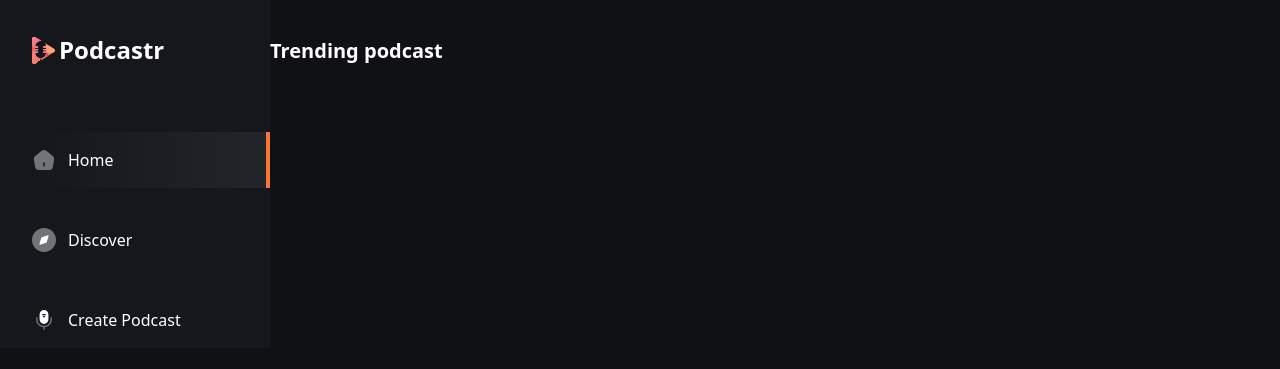
Repository: sumanth-udedar/podcast
Page: /
The author's editor kept a copy of each file at every save. The page is drawn from the files as they stood at one save, then again after the next save.
The browser window is 1280 px wide. The pictures show the whole page.
The project was rebuilt for these pictures with package versions that can differ from the ones it lists, and the page was loaded fresh each time. The framework's server and built-in components were replaced by stand-ins that run in the browser. Also part of the build but not shown: next.config.ts.

Above is the page before, as saved 2024-11-13 15:49:57.

### app/(root)/layout.tsx
import LeftSidebar from "@/components/LeftSidebar";
import RightSidebar from "@/components/RightSidebar";

export default function RootLayout({
  children,
}: Readonly<{
  children: React.ReactNode;
}>) {
  return (
    <div className="relative flex flex-col">
      <main className="relative flex bg-black-3">
        <LeftSidebar />
        {children}

        {/* <section className="flex min-h-screen flex-1 flex-col px-4 sm:px-14">
          <div className="mx-auto flex w-full max-w-5xl flex-col max-sm:px-4">
            <div className="flex h-16 items-center justify-between md:hidden">
              <Image
                src="/icons/logo.svg"
                width={30}
                height={30}
                alt="menu icon"
              />
              <MobileNav />
            </div>
            <div className="flex flex-col md:pb-14">
              <Toaster />


            </div>
          </div>
        </section> */}

        <RightSidebar />
      </main>
    </div>
  );
}

### app/(root)/page.tsx
import { Button } from '@/components/ui/button' //if hadnt imported this then i wont be able to use button tag
import React from 'react'

const page = () => {
  return (
    <div className='mt-9 flex flex-col gap-9'>
      <section className='flex flex-col gap-5'>
        <h1 className='text-20 font-bold text-white-1'>Trending podcast</h1>
        {/* <Button className='text-white-1 bg-orange-1'>Button</Button>  commented this*/}

      </section>
    </div>
  )
}

export default page

### components/LeftSidebar.tsx
"use client";

import Image from "next/image";
import Link from "next/link";
import React from "react";
import { sidebarLinks } from "@/constants";
import { usePathname, useRouter } from "next/navigation";
import { cn } from "@/lib/utils";

const LeftSidebar = () => {
  const pathname = usePathname();
  const router = useRouter();
  return (
    <section className="left_sidebar">
      <nav className="flex flex-col gap-6">
        <Link
          href="/"
          className="flex cursor-pointer items-center gap-1 pb-10 max-lg:justify-center"
        >
          <Image src="/icons/logo.svg" alt="logo" width={23} height={27} />
          <h1 className="text-24 font-extrabold text-white-1 max-lg:hidden">
            Podcastr
          </h1>
        </Link>

        {sidebarLinks.map(({ route, label, imgURL }) => {
          const isActive =
            pathname === route || pathname.startsWith(`${route}/`);

          return (
            <Link
              href={route}
              key={label}
              className={cn(
                "flex gap-3 items-center py-4 max-lg:px-4 justify-center lg:justify-start text-white-1",
                {
                  "bg-nav-focus border-r-4 border-orange-1": isActive,
                }
              )}
            >
              <Image src={imgURL} alt={label} width={24} height={24} />
              <p>{label}</p>
            </Link>
          );
        })}
      </nav>
    </section>
  );
};

export default LeftSidebar;

### components/RightSidebar.tsx
import React from "react";

const RightSidebar = () => {
  return <div></div>;
};

export default RightSidebar;

### constants/index.tsx
export const sidebarLinks = [
    {
      imgURL: "/icons/home.svg",
      route: "/",
      label: "Home",
    },
    {
      imgURL: "/icons/discover.svg",
      route: "/discover",
      label: "Discover",
    },
    {
      imgURL: "/icons/microphone.svg",
      route: "/create-podcast",
      label: "Create Podcast",
    },
  ];

  export const voiceDetails = [
    {
      id: 1,
      name: "alloy",
    },
    {
      id: 2,
      name: "echo",
    },
    {
      id: 3,
      name: "fable",
    },
    {
      id: 4,
      name: "onyx",
    },
    {
      id: 5,
      name: "nova",
    },
    {
      id: 6,
      name: "shimmer",
    },
  ];

  export const podcastData = [
    {
      id: 1,
      title: "The Joe Rogan Experience",
      description: "A long form, in-depth conversation",
      imgURL:
        "https://lovely-flamingo-139.convex.cloud/api/storage/3106b884-548d-4ba0-a179-785901f69806",
    },
    {
      id: 2,
      title: "The Futur",
      description: "This is how the news should sound",
      imgURL:
        "https://lovely-flamingo-139.convex.cloud/api/storage/16fbf9bd-d800-42bc-ac95-d5a586447bf6",
    },
    {
      id: 3,
      title: "Waveform",
      description: "Join Michelle Obama in conversation",
      imgURL:
        "https://lovely-flamingo-139.convex.cloud/api/storage/60f0c1d9-f2ac-4a96-9178-f01d78fa3733",
    },
    {
      id: 4,
      title: "The Tech Talks Daily Podcast",
      description: "This is how the news should sound",
      imgURL:
        "https://lovely-flamingo-139.convex.cloud/api/storage/5ba7ed1b-88b4-4c32-8d71-270f1c502445",
    },
    {
      id: 5,
      title: "GaryVee Audio Experience",
      description: "A long form, in-depth conversation",
      imgURL:
        "https://lovely-flamingo-139.convex.cloud/api/storage/ca7cb1a6-4919-4b2c-a73e-279a79ac6d23",
    },
    {
      id: 6,
      title: "Syntax ",
      description: "Join Michelle Obama in conversation",
      imgURL:
        "https://lovely-flamingo-139.convex.cloud/api/storage/b8ea40c7-aafb-401a-9129-73c515a73ab5",
    },
    {
      id: 7,
      title: "IMPAULSIVE",
      description: "A long form, in-depth conversation",
      imgURL:
        "https://lovely-flamingo-139.convex.cloud/api/storage/8a55d662-fe3f-4bcf-b78b-3b2f3d3def5c",
    },
    {
      id: 8,
      title: "Ted Tech",
      description: "This is how the news should sound",
      imgURL:
        "https://lovely-flamingo-139.convex.cloud/api/storage/221ee4bd-435f-42c3-8e98-4a001e0d806e",
    },
  ];

Loaded but not shown: app/layout.tsx (common file); app/globals.css (common file); lib/utils.ts (common file); tailwind.config.ts (common file)

After the next save:
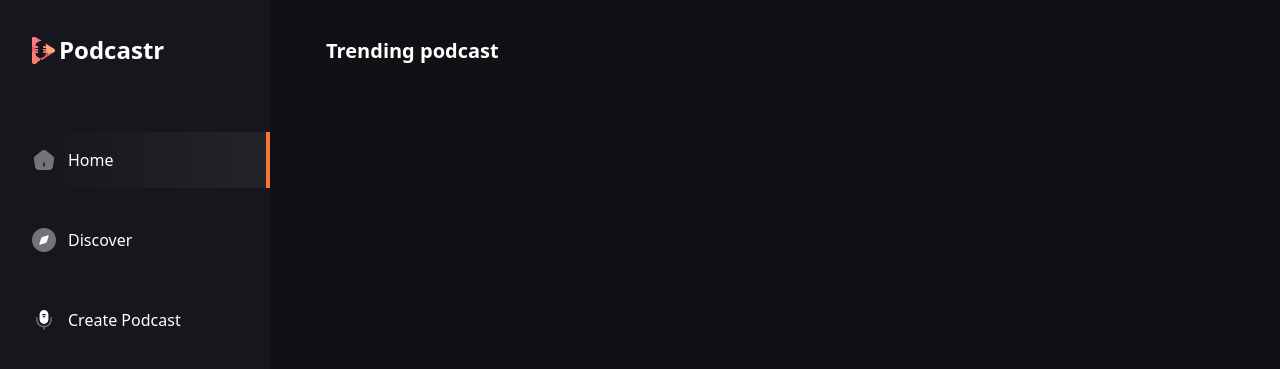
Saved 61 s later.
--- a/app/(root)/layout.tsx
+++ b/app/(root)/layout.tsx
@@ -1,5 +1,9 @@
 import LeftSidebar from "@/components/LeftSidebar";
+// import MobileNav from "@/components/MobileNav";
 import RightSidebar from "@/components/RightSidebar";
+import Image from "next/image";
+// import { Toaster } from "@/components/ui/toaster";
+// import PodcastPlayer from "@/components/PodcastPlayer";
 
 export default function RootLayout({
   children,
@@ -10,9 +14,8 @@ export default function RootLayout({
     <div className="relative flex flex-col">
       <main className="relative flex bg-black-3">
         <LeftSidebar />
-        {children}
 
-        {/* <section className="flex min-h-screen flex-1 flex-col px-4 sm:px-14">
+        <section className="flex min-h-screen flex-1 flex-col px-4 sm:px-14">
           <div className="mx-auto flex w-full max-w-5xl flex-col max-sm:px-4">
             <div className="flex h-16 items-center justify-between md:hidden">
               <Image
@@ -21,18 +24,20 @@ export default function RootLayout({
                 height={30}
                 alt="menu icon"
               />
-              <MobileNav />
+              {/* <MobileNav /> */}
             </div>
             <div className="flex flex-col md:pb-14">
-              <Toaster />
+              {/* <Toaster /> */}
 
-
+              {children}
             </div>
           </div>
-        </section> */}
+        </section>
 
         <RightSidebar />
       </main>
+
+      {/* <PodcastPlayer /> */}
     </div>
   );
 }
